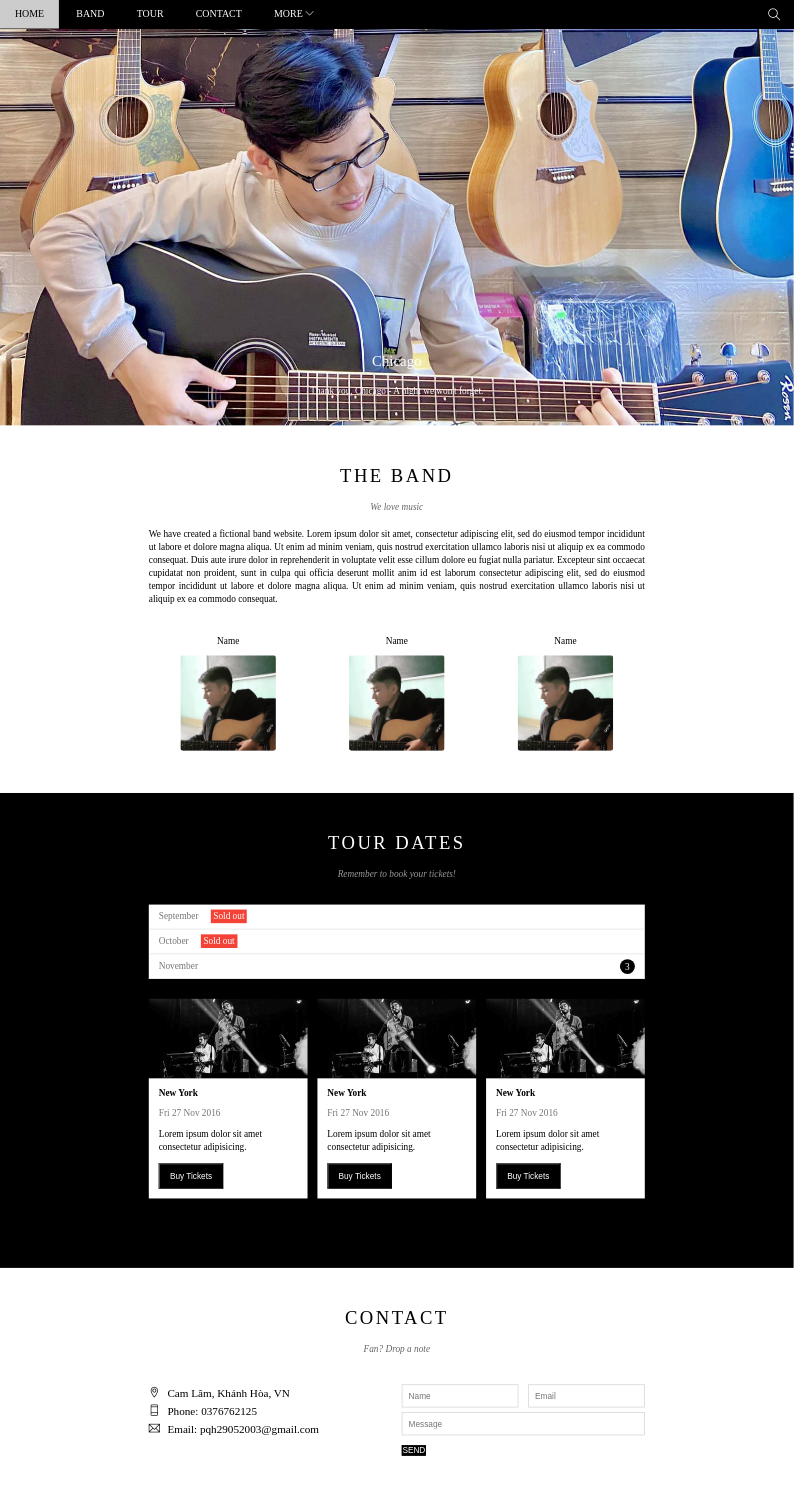
Repository: quochung2k3/Web-Team
Page: index.html
The author's editor kept a copy of each file at every save. The page is drawn from the files as they stood at one save, then again after the next save.
The browser window is 1280 px wide. The pictures show the whole page, at 62% of full size.

Above is the page before, as saved 2023-08-14 22:27:43.

After the next save:
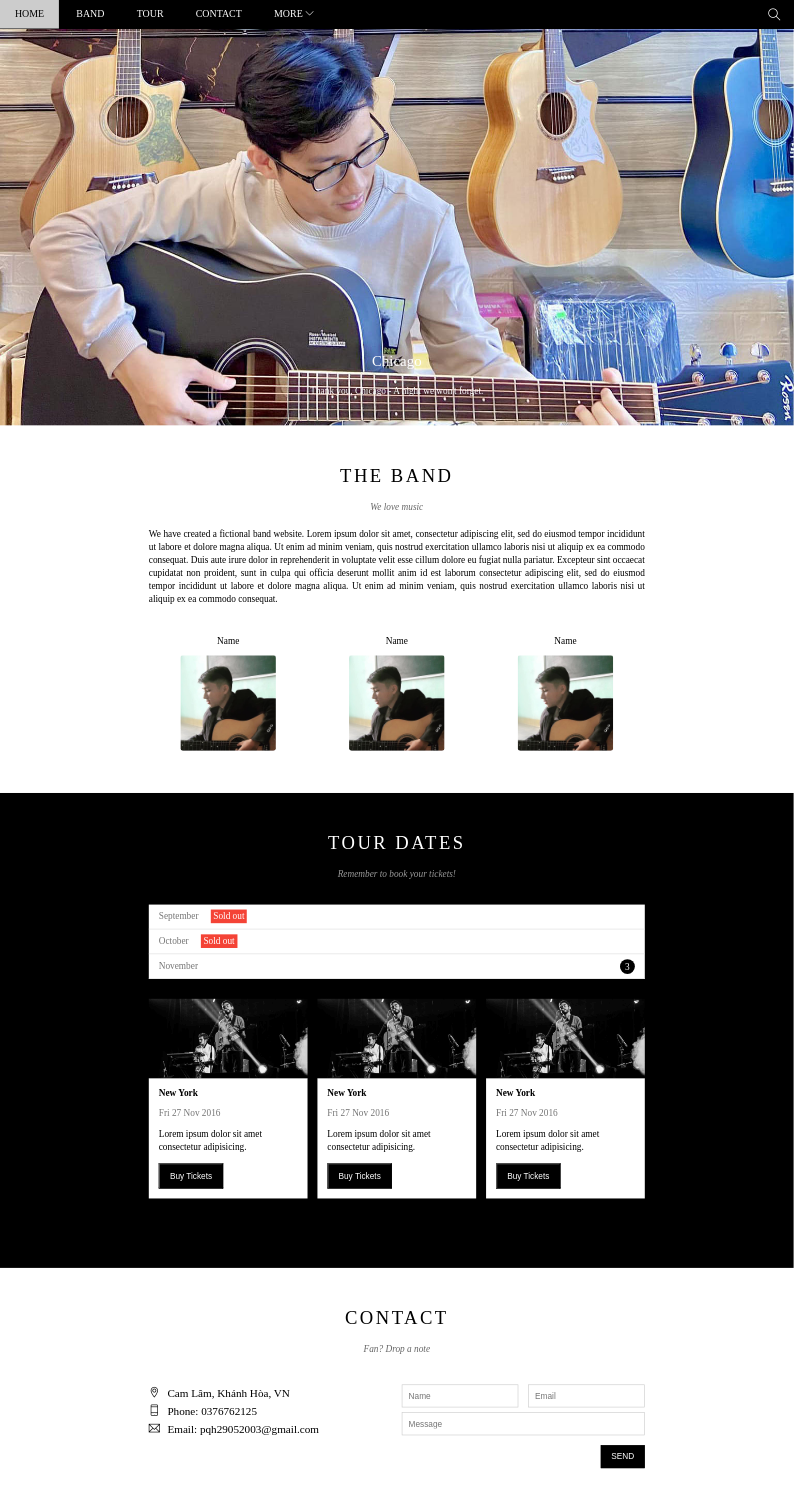
Saved 66 s later.
--- a/assets/css/style.css
+++ b/assets/css/style.css
@@ -332,6 +332,8 @@
     background-color: #000;
     color: #fff;
     border: 1px solid #000;
+    padding: 10px 16px;
+    float: right;
 }
 
 #footer {
